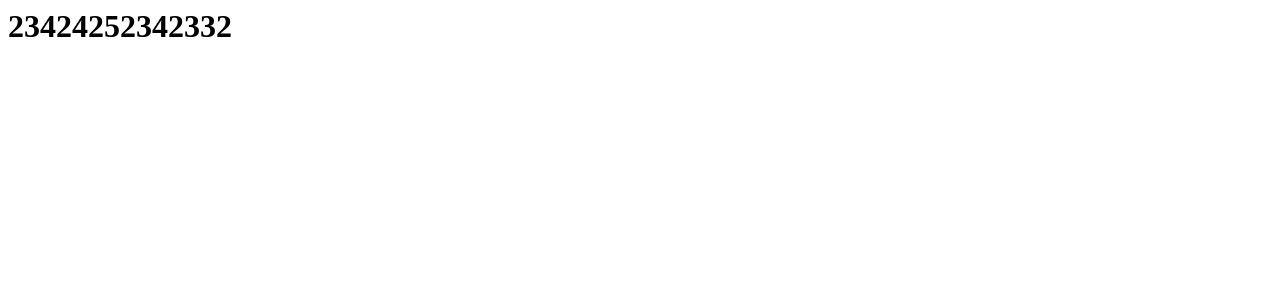
Repository: nvngon26400/stu
Page: phone.html
The author's editor kept a copy of each file at every save. The page is drawn from the files as they stood at one save, then again after the next save.
The browser window is 1280 px wide. The pictures show the whole page.

Above is the page before, as saved 2021-09-14 07:01:35.

After the next save:
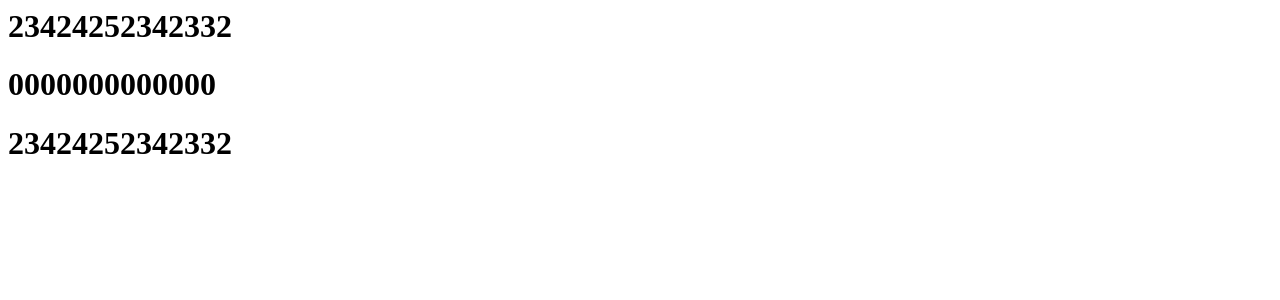
Saved 84 s later.
--- a/phone.html
+++ b/phone.html
@@ -1 +1,5 @@
 <h1>23424252342332</h1>
+
+<h1>0000000000000</h1>
+
+<h1>23424252342332</h1>
